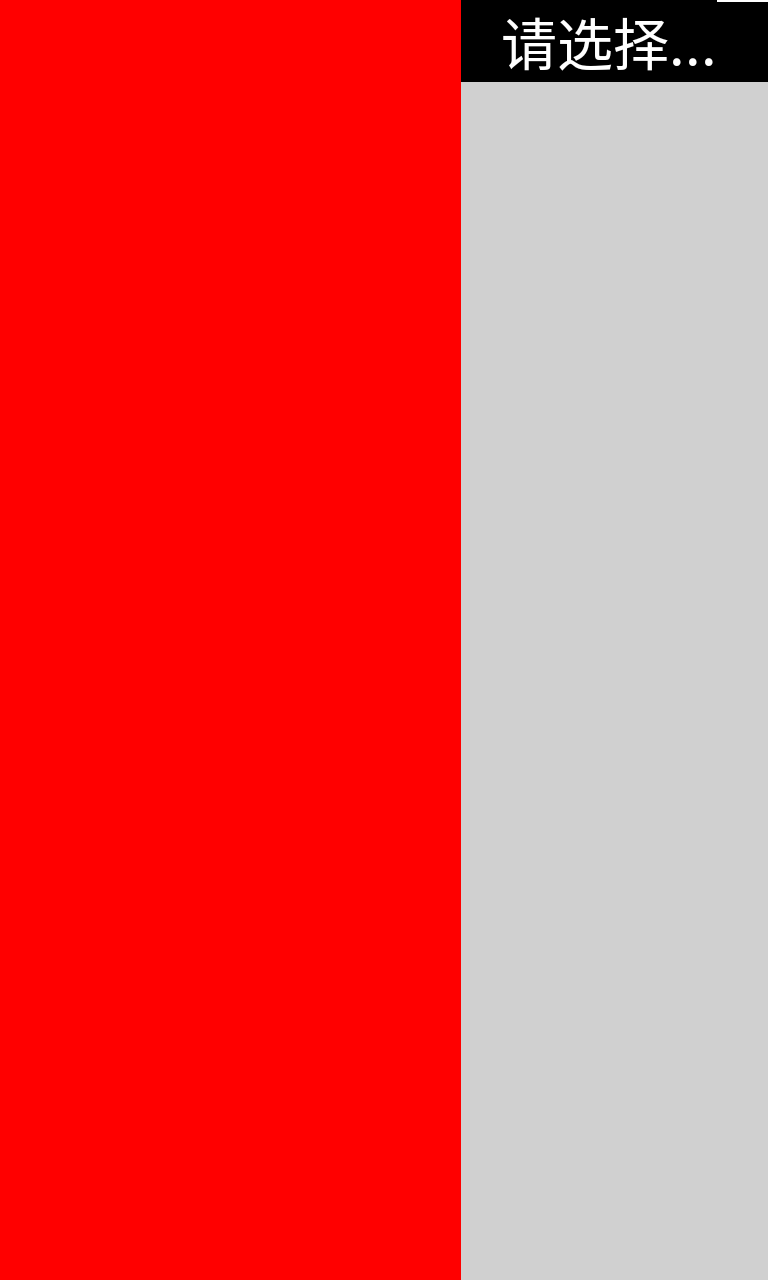
Repository: hhxiaojQCS/QCS_ListView
Layout: QCS/res/layout/activity_filter.xml
These files come from the project's save history. The layout is drawn as it stood at one moment and after the next save; the edit follows.
It is drawn on a 768 x 1280 px phone screen (xhdpi) without system bars, with theme AppTheme; the app's code is not run. Lists and similar views that code fills are empty.

Above is the layout before, as saved 2013-08-07 08:02:30.

### QCS/res/layout/activity_filter.xml
<?xml version="1.0" encoding="utf-8"?>
<LinearLayout xmlns:android="http://schemas.android.com/apk/res/android"
    android:id="@+id/lilay01"
    android:layout_width="fill_parent"
    android:layout_height="fill_parent"
    android:background="#d0d0d0"
    android:orientation="horizontal" >

    <LinearLayout
        android:id="@+id/lilay_filter_01"
        android:layout_width="match_parent"
        android:layout_height="match_parent"
        android:layout_weight="4"
        android:background="#FF0000"
        android:orientation="vertical" >
    </LinearLayout>

    <LinearLayout
        android:id="@+id/lilay_filter_02"
        android:layout_width="match_parent"
        android:layout_height="match_parent"
        android:layout_weight="6"
        android:orientation="vertical" >

        <LinearLayout
            android:layout_width="fill_parent"
            android:layout_height="wrap_content"
            android:background="#000000"
            android:gravity="left"
            android:orientation="horizontal"
            android:paddingLeft="20dip" >

            <TextView
                android:id="@+id/tv_01"
                android:layout_width="wrap_content"
                android:layout_height="wrap_content"
                android:text="请选择..."
                android:textColor="#FFFFFF"
                android:textSize="28sp" />

            <View
                android:background="#FFFFFF"
                android:layout_width="wrap_content"
                android:layout_height="1dp"
                 />
        </LinearLayout>

        <ListView
            android:id="@+id/lv01"
            android:layout_width="wrap_content"
            android:layout_height="wrap_content" />
    </LinearLayout>

</LinearLayout>

Loaded but not shown: QCS/res/values/styles.xml (common file); QCS/res/values-v11/styles.xml (common file); QCS/res/values-v14/styles.xml (common file)

After the next save:
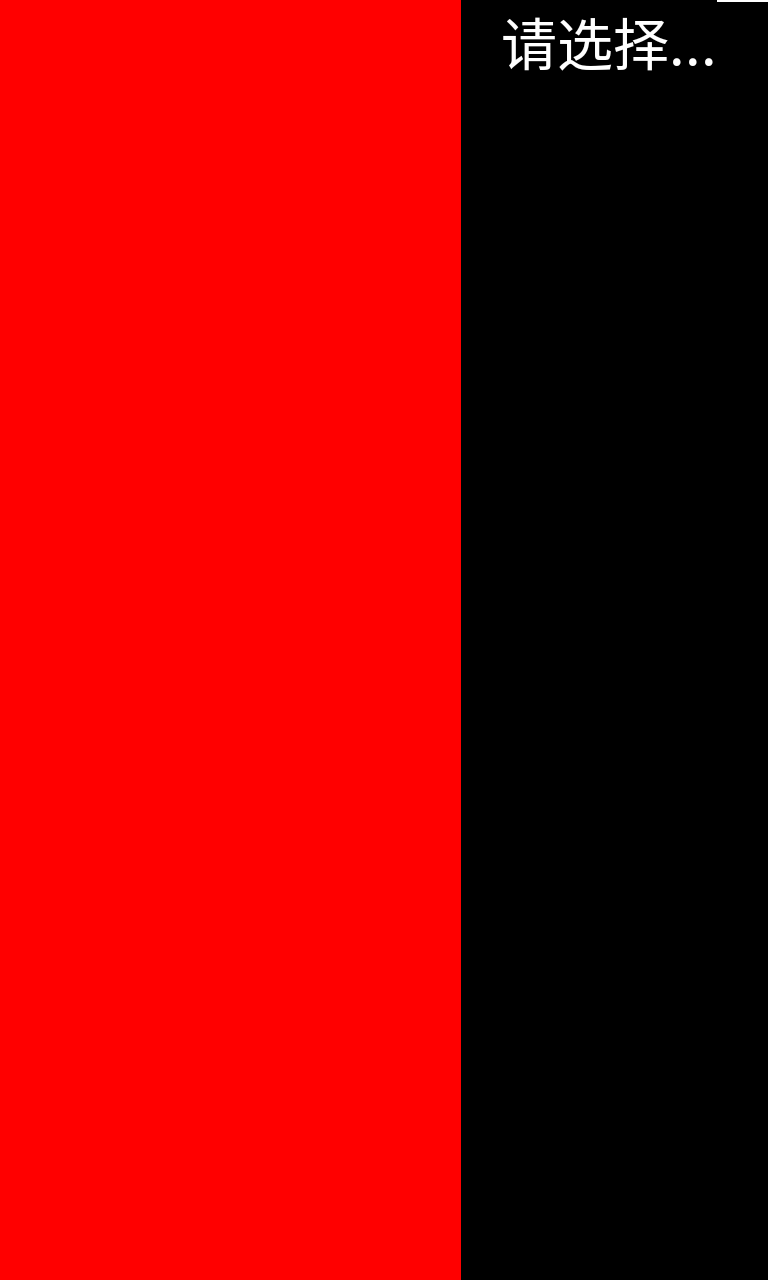
Saved 14 s later.
--- a/QCS/res/layout/activity_filter.xml
+++ b/QCS/res/layout/activity_filter.xml
@@ -3,7 +3,7 @@
     android:id="@+id/lilay01"
     android:layout_width="fill_parent"
     android:layout_height="fill_parent"
-    android:background="#d0d0d0"
+    android:background="#000000"
     android:orientation="horizontal" >
 
     <LinearLayout
